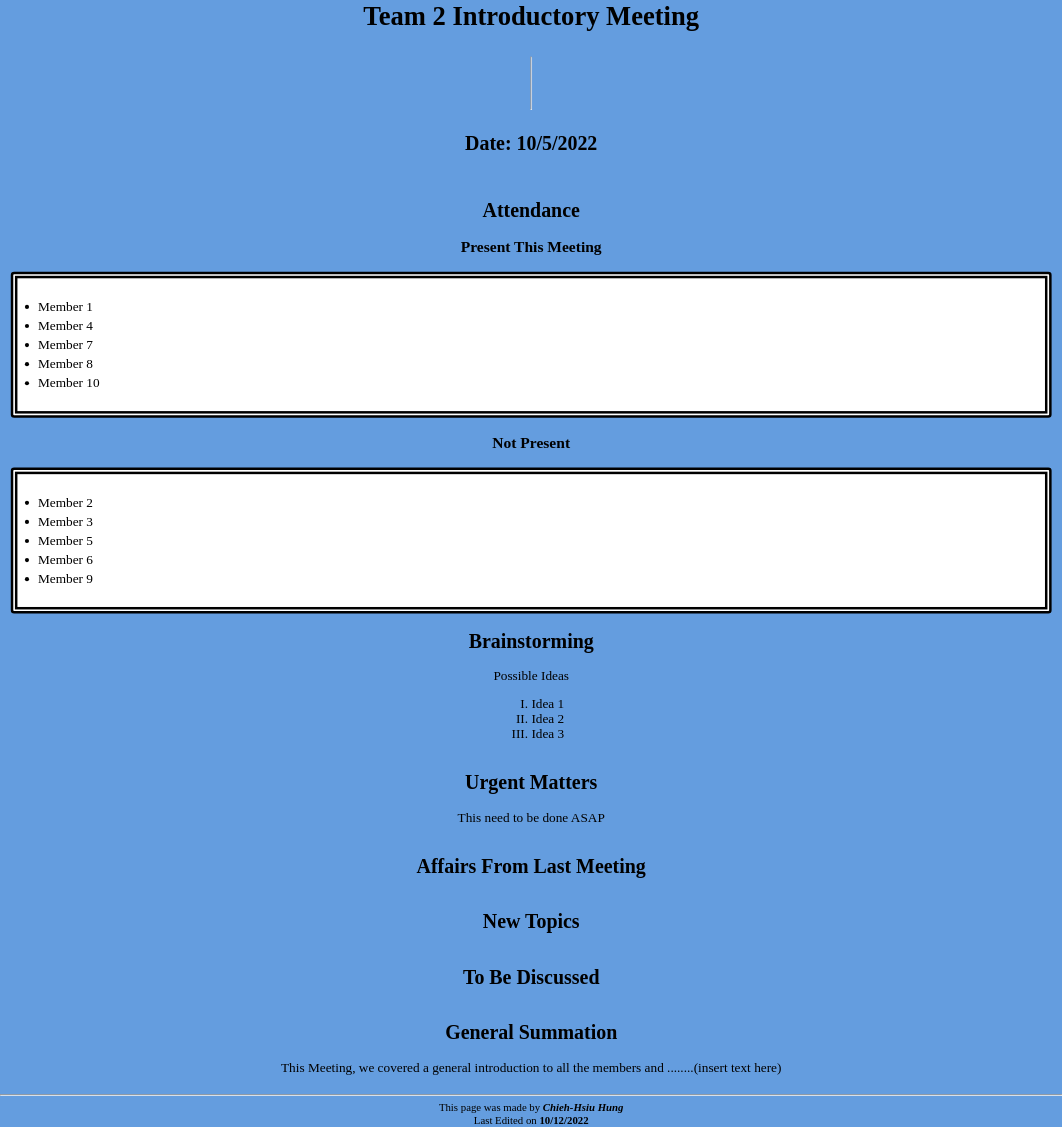
Repository: Chieh0501/fa22-cse110-lab3
Page: index.html
An editor plug-in stored every save of this project. The page is shown before and after the next save, followed by the edit.
The browser window is 1280 px wide. The pictures show the part of the page from y = 828 to 2186 px (the page is 2186 px tall), at 83% of full size.
A picture or video elsewhere on the page could not be fetched, so the positions and the page height are approximate.

Above is the page before, as saved 2022-10-12 13:02:18.

After the next save:
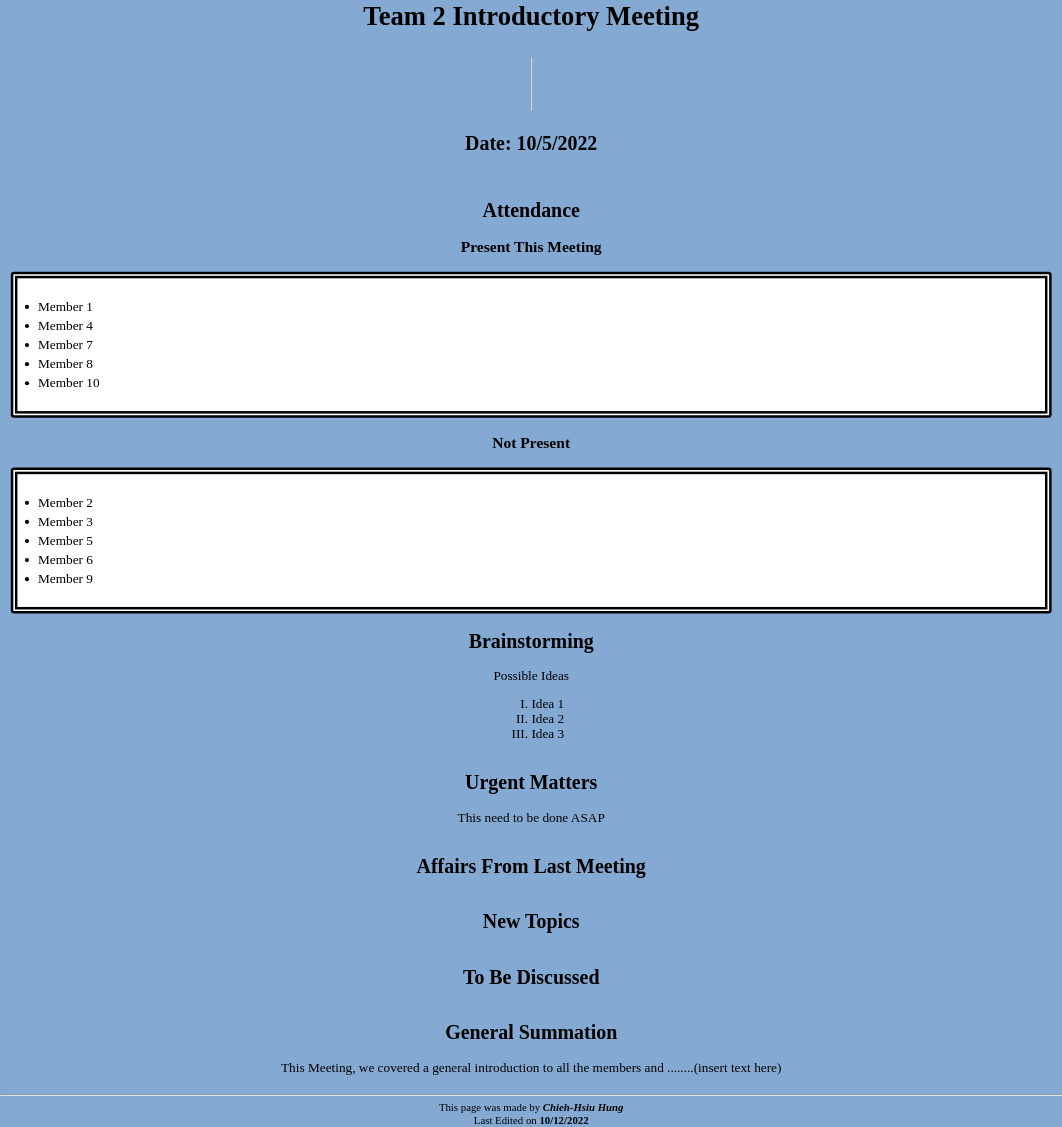
Saved 17 s later.
--- a/styles/main.css
+++ b/styles/main.css
@@ -6,7 +6,7 @@
   --vw-lg: 1920px;
   --vw-md: 1366px;
   --vw-sm: 600px;
-  --primary-color: #649ddf;
+  --primary-color: #84aad4;
   --secondary-color: white;
   --accent-color-1: #CD7F32;
   --accent-color-2: #969696;
